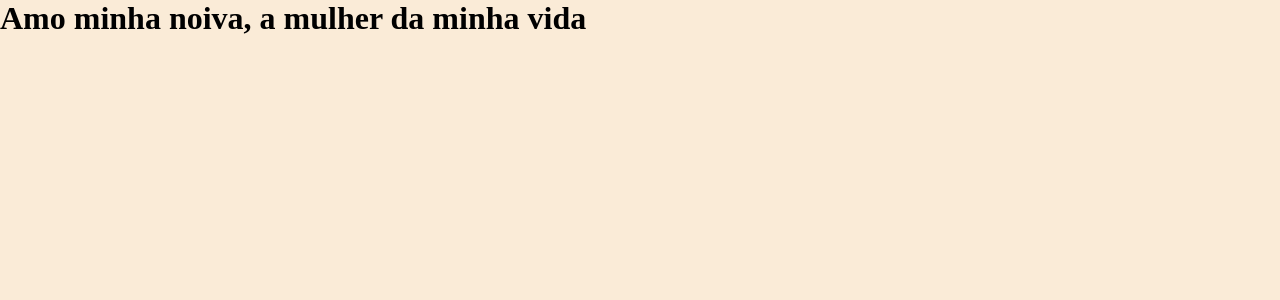
Repository: viniciusfg05/AnnotationReacts
Page: /
An editor plug-in stored every save of this project. The page is shown before and after a run of saves, followed by the edit.
The browser window is 1280 px wide. The pictures show the whole page.
The project was rebuilt for these pictures with package versions that can differ from the ones it lists, and the page was loaded fresh each time. Also part of the build but not shown: webpack.config.js.

Above is the page before, as saved 2022-02-17 13:08:35.

After the next 2 saves:
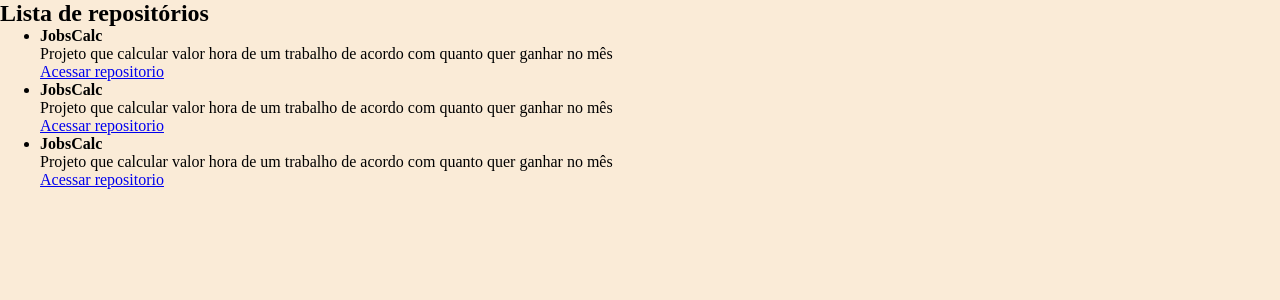
The 2 saves are shown as one change because 1 did not build or start.
The last was saved 3 min 39 s later.
--- a/src/App.jsx
+++ b/src/App.jsx
@@ -1,5 +1,6 @@
 import './styles/global.scss'
+import { RepositoryList } from './components/RepositoryList'
 
 export function App() {
-  return <h1>Amo minha noiva, a mulher da minha vida</h1>
+  return <RepositoryList />
 }
